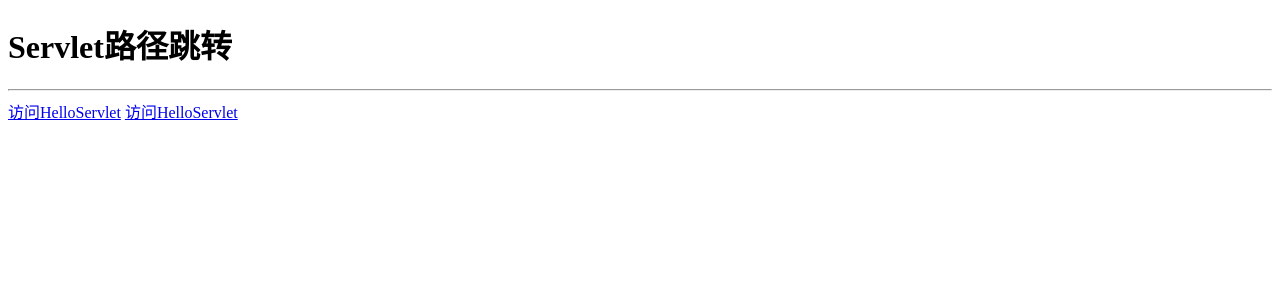
Repository: chengshide/Servlet
Page: http://localhost/ServletPathDirection/
The author's editor kept a copy of each file at every save. The page is drawn from the files as they stood at one save, then again after the next save.
The browser window is 1280 px wide. The pictures show the whole page.
The page is served by Tomcat 9.

Above is the page before, as saved 2020-05-16 23:36:30.

After the next save:
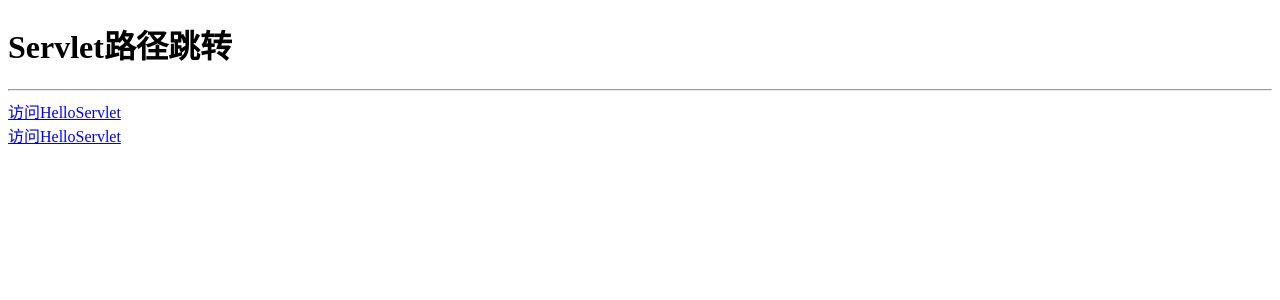
Saved 7 min 31 s later.
--- a/eclipseworlk/ServletPathDirection/WebContent/index.jsp
+++ b/eclipseworlk/ServletPathDirection/WebContent/index.jsp
@@ -14,7 +14,7 @@
      <h1>Servlet路径跳转</h1>
      <hr>
      <!-- 使用相对路径访问HelloServlet -->
-     <a href="servlet/HelloServlet">访问HelloServlet</a>
+     <a href="servlet/HelloServlet">访问HelloServlet</a><br>
      <!-- 使用绝对路径访问HelloServlet -->
      <a href="<%=path %>/servlet/HelloServlet">访问HelloServlet</a>
 </body>
